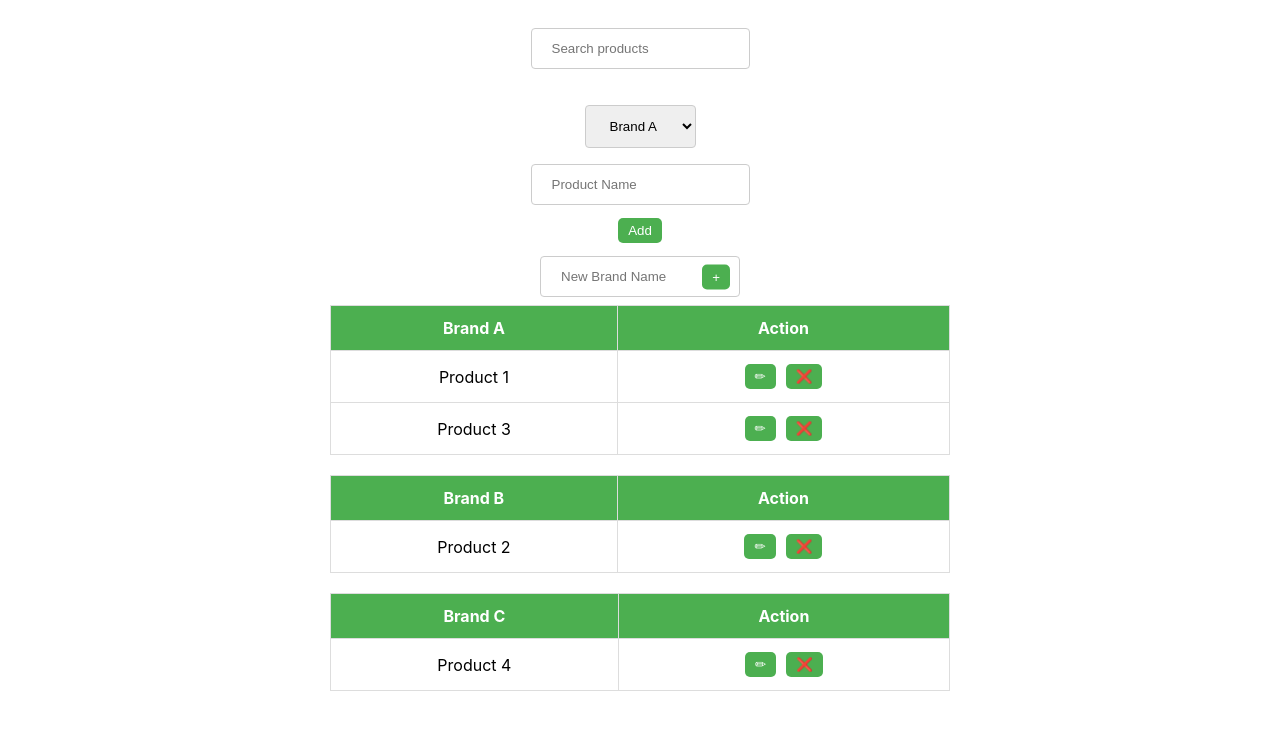
Repository: sunilkc-7/product-manager-app
Page: /
These files come from the project's save history. The page is drawn as it stood at one moment and after the next save; the edit follows.
The browser window is 1280 px wide. The pictures show the whole page.
The project was rebuilt for these pictures with package versions that can differ from the ones it lists, and the page was loaded fresh each time.

Above is the page before, as saved 2023-08-01 12:53:05.

### src/App.js
import React, { useState } from "react";
import "./App.css";
import data from "./data/data.json";

function App() {
  const [products, setProducts] = useState(
    data.map((p) => ({ ...p, isEditing: false }))
  );
  const [productName, setProductName] = useState("");
  const [search, setSearch] = useState("");
  const [newBrandName, setNewBrandName] = useState("");
  const [currentBrand, setCurrentBrand] = useState("");
  const [editedName, setEditedName] = useState("");

  const addProduct = () => {
    setProducts([
      ...products,
      { brand: currentBrand, name: productName, isEditing: false },
    ]);
    setProductName("");
  };

  const deleteProduct = (productToDelete) => {
    setProducts(products.filter((product) => product !== productToDelete));
  };

  const editProduct = (productToEdit) => {
    setProducts(
      products.map((product) =>
        product === productToEdit ? { ...product, isEditing: true } : product
      )
    );
    setEditedName(productToEdit.name);
  };

  const updateProduct = (productToUpdate) => {
    setProducts(
      products.map((product) =>
        product === productToUpdate
          ? { ...product, name: editedName, isEditing: false }
          : product
      )
    );
  };

  const addBrandName = () => {
    setProducts([
      ...products,
      { brand: newBrandName, name: "", isEditing: false },
    ]);
    setNewBrandName("");
  };

  const brandNames = Array.from(new Set(products.map((p) => p.brand)));

  const filteredProducts = products.filter((product) =>
    product.name.toLowerCase().includes(search.toLowerCase())
  );

  return (
    <div className="App">
      <input
        className="inputSearch"
        type="text"
        value={search}
        onChange={(e) => setSearch(e.target.value)}
        placeholder="Search products"
      />
      <br />

      <select
        style={{ maxHeight: "100px", overflow: "auto" }}
        onChange={(e) => setCurrentBrand(e.target.value)}
      >
        {brandNames.map((brandName, index) => (
          <option key={index} value={brandName}>
            {brandName}
          </option>
        ))}
      </select>
      <input
        type="text"
        placeholder="Product Name"
        value={productName}
        onChange={(e) => setProductName(e.target.value)}
      />
      <button onClick={addProduct}>Add</button>
      <div className="inputContainer">
        <input
          className="inputWithButton"
          type="text"
          placeholder="New Brand Name"
          value={newBrandName}
          onChange={(e) => setNewBrandName(e.target.value)}
        />
        <button className="insideButton" onClick={addBrandName}>
          +
        </button>
      </div>

      {brandNames.map((brandName, index) => (
        <table key={index}>
          <thead>
            <tr>
              <th>{brandName}</th>
              <th>Action</th>
            </tr>
          </thead>
          <tbody>
            {filteredProducts
              .filter((p) => p.brand === brandName)
              .sort((a, b) => a.name.localeCompare(b.name))
              .map((product, i) => (
                <tr key={i}>
                  <td>
                    {product.isEditing ? (
                      <input
                        value={editedName}
                        onChange={(e) => setEditedName(e.target.value)}
                      />
                    ) : (
                      product.name
                    )}
                  </td>
                  <td>
                    {product.isEditing ? (
                      <button onClick={() => updateProduct(product)}>
                        Save
                      </button>
                    ) : (
                      <button onClick={() => editProduct(product)}>✏</button>
                    )}
                    <button onClick={() => deleteProduct(product)}>❌</button>
                  </td>
                </tr>
              ))}
          </tbody>
        </table>
      ))}
    </div>
  );
}

export default App;

### src/App.css
.App {
  display: flex;
  flex-direction: column;
  align-items: center;
  padding: 20px;
}

table {
  width: 50%;
  border-collapse: collapse;
  border-spacing: 10px;
  margin-bottom: 20px;
}

th,
td {
  border: 1px solid #ddd;
  padding: 8px;
  text-align: center;
}

th {
  padding-top: 12px;
  padding-bottom: 12px;
  background-color: #4caf50;
  color: white;
}

button {
  margin: 5px;
  padding: 5px 10px;
  border: none;
  border-radius: 5px;
  background-color: #4caf50;
  color: white;
  cursor: pointer;
}

button:hover {
  background-color: #45a049;
}

input[type="text"],
select {
  /* width: 100%; */
  padding: 12px 20px;
  margin: 8px 0;
  display: inline-block;
  border: 1px solid #ccc;
  border-radius: 4px;
  box-sizing: border-box;
}

.inputSearch {
  width: auto !important;
}

.inputContainer {
  position: relative;
  width: 200px;
}

.inputWithButton {
  width: 100%;
}

.insideButton {
  position: absolute;
  top: 50%;
  right: 10px;
  transform: translateY(-50%);
  cursor: pointer;
  margin: auto !important;
}

### src/data/data.json
[
  { "brand": "Brand A", "name": "Product 1" },
  { "brand": "Brand B", "name": "Product 2" },
  { "brand": "Brand A", "name": "Product 3" },
  { "brand": "Brand C", "name": "Product 4" }
]

Loaded but not shown: public/index.html (common file); src/index.js (common file); src/index.css (common file); src/reportWebVitals.js (common file)

After the next save:
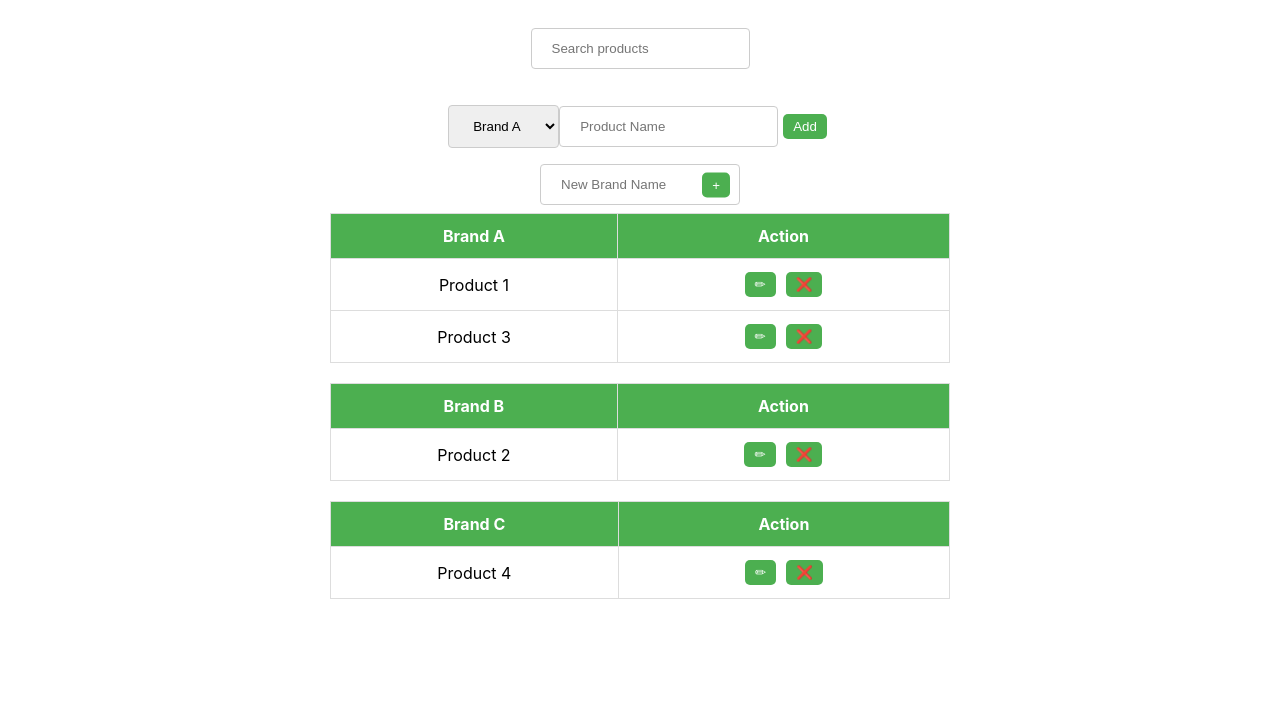
Saved 102 s later.
--- a/src/App.js
+++ b/src/App.js
@@ -68,23 +68,25 @@
       />
       <br />
 
-      <select
-        style={{ maxHeight: "100px", overflow: "auto" }}
-        onChange={(e) => setCurrentBrand(e.target.value)}
-      >
-        {brandNames.map((brandName, index) => (
-          <option key={index} value={brandName}>
-            {brandName}
-          </option>
-        ))}
-      </select>
-      <input
-        type="text"
-        placeholder="Product Name"
-        value={productName}
-        onChange={(e) => setProductName(e.target.value)}
-      />
-      <button onClick={addProduct}>Add</button>
+      <div>
+        <select
+          style={{ maxHeight: "100px", overflow: "auto" }}
+          onChange={(e) => setCurrentBrand(e.target.value)}
+        >
+          {brandNames.map((brandName, index) => (
+            <option key={index} value={brandName}>
+              {brandName}
+            </option>
+          ))}
+        </select>
+        <input
+          type="text"
+          placeholder="Product Name"
+          value={productName}
+          onChange={(e) => setProductName(e.target.value)}
+        />
+        <button onClick={addProduct}>Add</button>
+      </div>
       <div className="inputContainer">
         <input
           className="inputWithButton"
